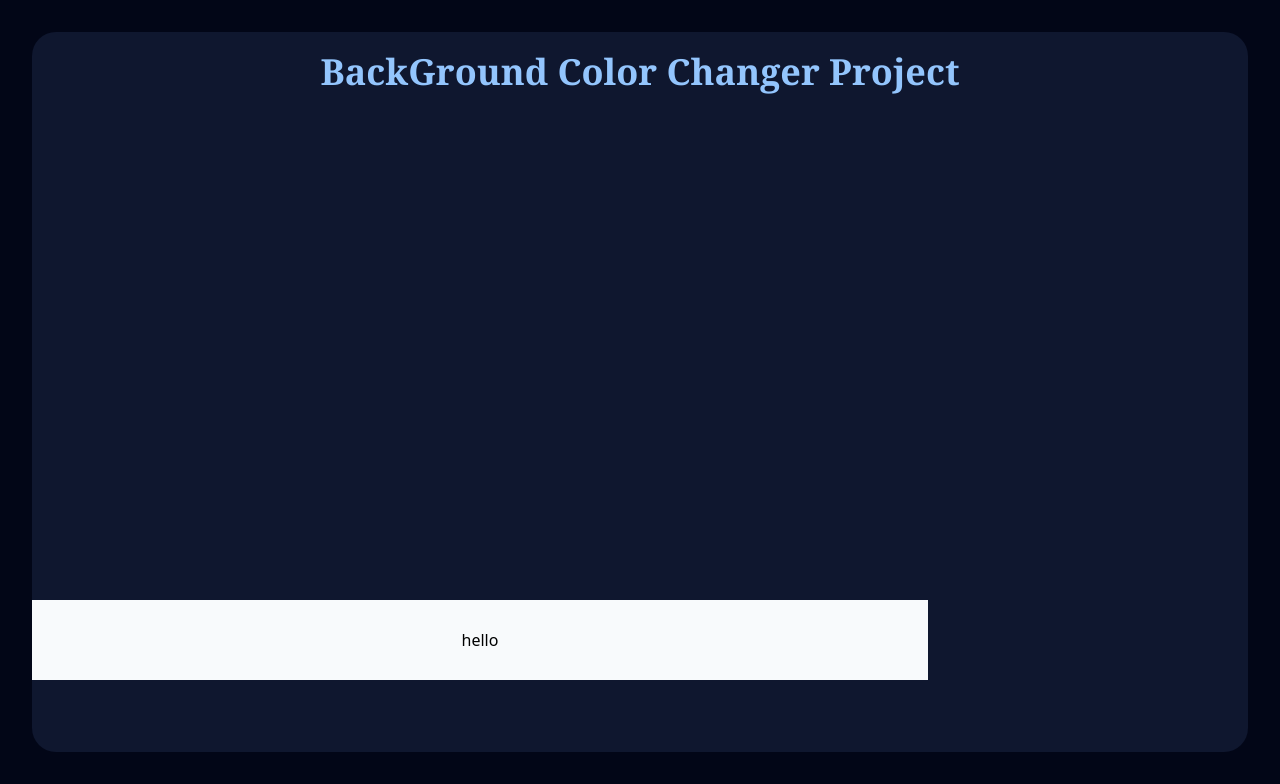
Repository: ChaitanyMishra/react-daily-work
Page: / (app in day-04-react/bg_color_changer/)
An editor plug-in stored every save of this project. The page is shown before and after a run of saves, followed by the edit.
The browser window is 1280 px wide. The pictures show the whole page.
The project was rebuilt for these pictures with package versions that can differ from the ones it lists, and the page was loaded fresh each time. Also part of the build but not shown: day-04-react/bg_color_changer/vite.config.js.

Above is the page before, as saved 2025-06-20 17:07:51.

### day-04-react/bg_color_changer/src/index.css
@tailwind base;
@tailwind components;
@tailwind utilities;
body{
  @apply bg-slate-950
}

### day-04-react/bg_color_changer/src/App.jsx
import {useState } from 'react'
import ChangeBgColor from './backGrounColorChanger/bgChange'

import './App.css'

function App() {
  const [colorState , changeColor] = useState('#0f172f')

  return (
    <div className='w-full h-screen rounded-3xl ' style={{backgroundColor: colorState}}>

    <h1 className=' pt-5 text-4xl font-serif font-bold text-blue-300 '>BackGround Color Changer Project</h1>

    <ChangeBgColor />
    </div>

  )


}

export default App

### day-04-react/bg_color_changer/src/backGrounColorChanger/bgChange.jsx
export default function ChangeBgColor(){
    return(
        <div className=" h-[5rem] w-[70%] bg-slate-50 flex flex-wrap justify-center items-center m-auto bottom-10 fixed ">
            hello
        </div>

    )


}

Loaded but not shown: day-04-react/bg_color_changer/index.html (common file); day-04-react/bg_color_changer/src/main.jsx (common file); day-04-react/bg_color_changer/src/App.css (common file); day-04-react/bg_color_changer/tailwind.config.js (common file)

After the next 3 saves:
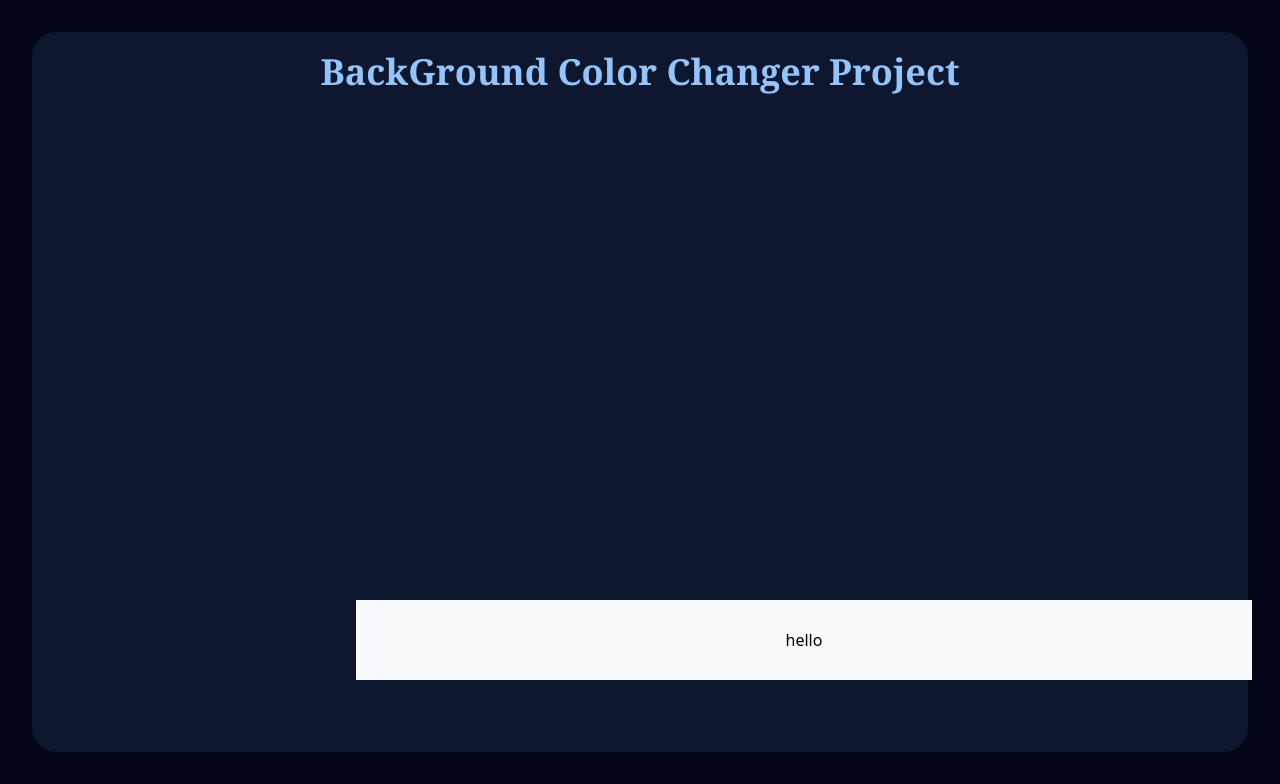
The 3 saves are shown as one change because they came seconds apart.
The last was saved 23 s later.
--- a/day-04-react/bg_color_changer/src/backGrounColorChanger/bgChange.jsx
+++ b/day-04-react/bg_color_changer/src/backGrounColorChanger/bgChange.jsx
@@ -1,6 +1,6 @@
 export default function ChangeBgColor(){
     return(
-        <div className=" h-[5rem] w-[70%] bg-slate-50 flex flex-wrap justify-center items-center m-auto bottom-10 fixed ">
+        <div className=" h-[5rem] w-[70%] bg-slate-50 flex flex-wrap justify-center items-center m-auto bottom-10 fixed right-7 ">
             hello
         </div>
 
